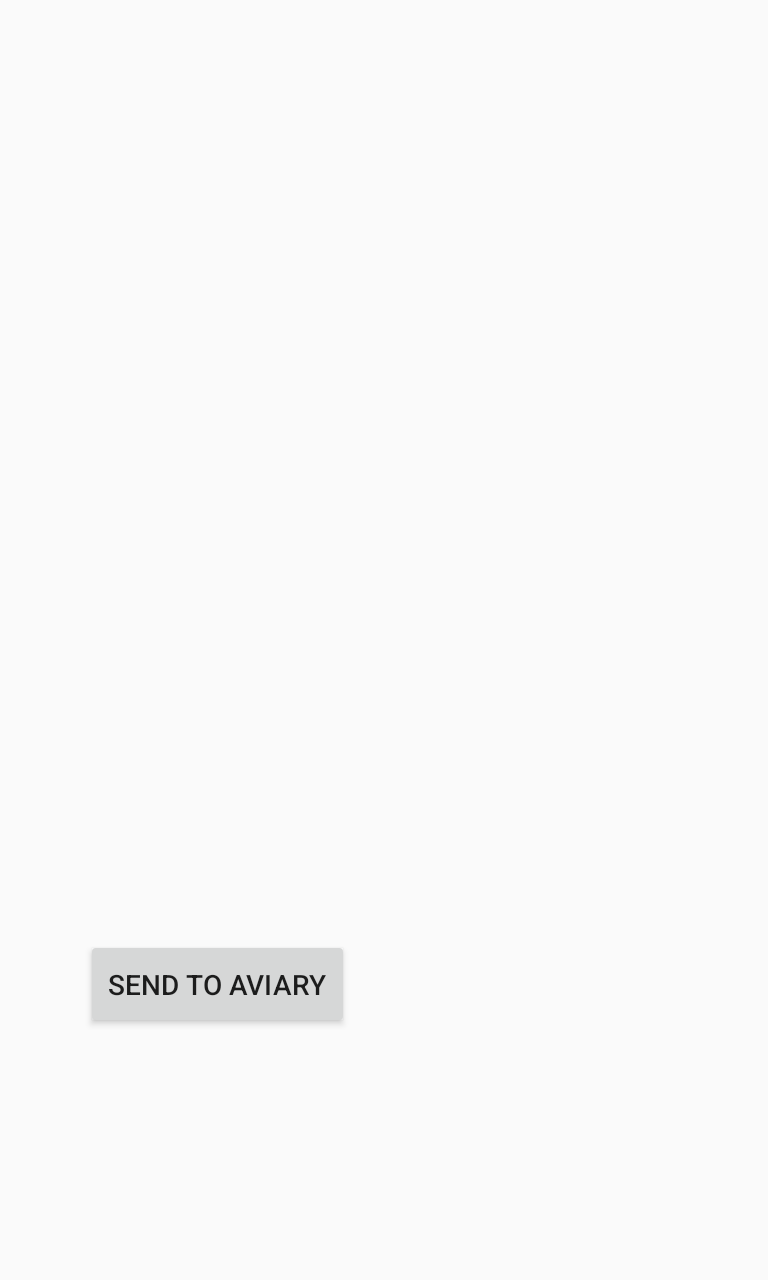
Repository: vedit/term-project
Layout: Cocoprint/res/layout/foo_fragment.xml
An editor plug-in stored every save of this project. The layout is shown before and after the next save, followed by the edit.
It is drawn on a 768 x 1280 px phone screen (xhdpi) without system bars, with theme AppTheme; the app's code is not run.

Above is the layout before, as saved 2014-05-15 20:54:40.

### Cocoprint/res/layout/foo_fragment.xml
<RelativeLayout xmlns:android="http://schemas.android.com/apk/res/android"
    xmlns:tools="http://schemas.android.com/tools"
    android:layout_width="match_parent"
    android:layout_height="match_parent"
    android:paddingBottom="@dimen/activity_vertical_margin"
    android:paddingLeft="@dimen/activity_horizontal_margin"
    android:paddingRight="@dimen/activity_horizontal_margin"
    android:paddingTop="@dimen/activity_vertical_margin"
    tools:context="com.himenu.cocoprint.MainActivity$PlaceholderFragment" >

    <TextView
        android:id="@+id/section_label"
        android:layout_width="wrap_content"
        android:layout_height="wrap_content" />

    <Button
        android:id="@+id/get_aviary"
        android:layout_width="wrap_content"
        android:layout_height="wrap_content"
        android:layout_alignParentBottom="true"
        android:layout_marginBottom="108dp"
        android:layout_marginLeft="26dp"
        android:layout_toRightOf="@+id/section_label"
        android:text="@string/aviary_button" />


</RelativeLayout>

### Cocoprint/res/values/strings.xml
<?xml version="1.0" encoding="utf-8"?>
<resources>

    <string name="app_name">Cocoprint</string>
    <string name="title_section1">Section 1</string>
    <string name="title_section2">Section 2</string>
    <string name="title_section3">Section 3</string>
    <string name="navigation_drawer_open">Open navigation drawer</string>
    <string name="navigation_drawer_close">Close navigation drawer</string>
    <string name="action_example">Example action</string>
    <string name="action_settings">Settings</string>
    <string name="aviary_button">Send to aviary</string>
    <string name="select_image_button">Select Image</string>
    <string name="title_activity_instagram_connector">InstagramConnector</string>
    <string name="hello_world">Hello world!</string>

</resources>

Loaded but not shown: Cocoprint/res/values/styles.xml (common file); Cocoprint/res/values-v11/styles.xml (common file); Cocoprint/res/values-v14/styles.xml (common file); Cocoprint/res/values/dimens.xml (common file); Cocoprint/res/values-w820dp/dimens.xml (common file)

After the next save:
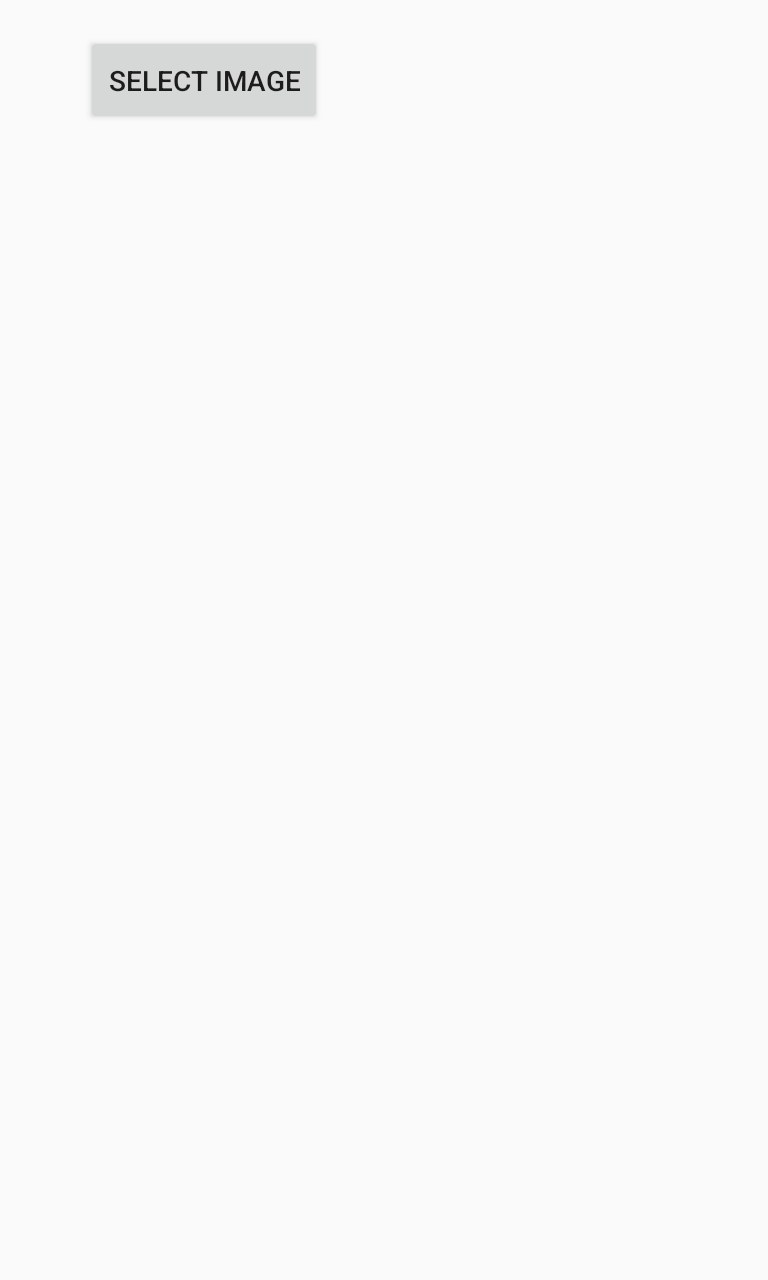
Saved 16 s later.
--- a/Cocoprint/res/layout/foo_fragment.xml
+++ b/Cocoprint/res/layout/foo_fragment.xml
@@ -14,14 +14,13 @@
         android:layout_height="wrap_content" />
 
     <Button
-        android:id="@+id/get_aviary"
+        android:id="@+id/select_image"
         android:layout_width="wrap_content"
         android:layout_height="wrap_content"
-        android:layout_alignParentBottom="true"
-        android:layout_marginBottom="108dp"
+        android:layout_above="@+id/get_aviary"
         android:layout_marginLeft="26dp"
         android:layout_toRightOf="@+id/section_label"
-        android:text="@string/aviary_button" />
+        android:text="@string/select_image_button" />
 
 
 </RelativeLayout>
